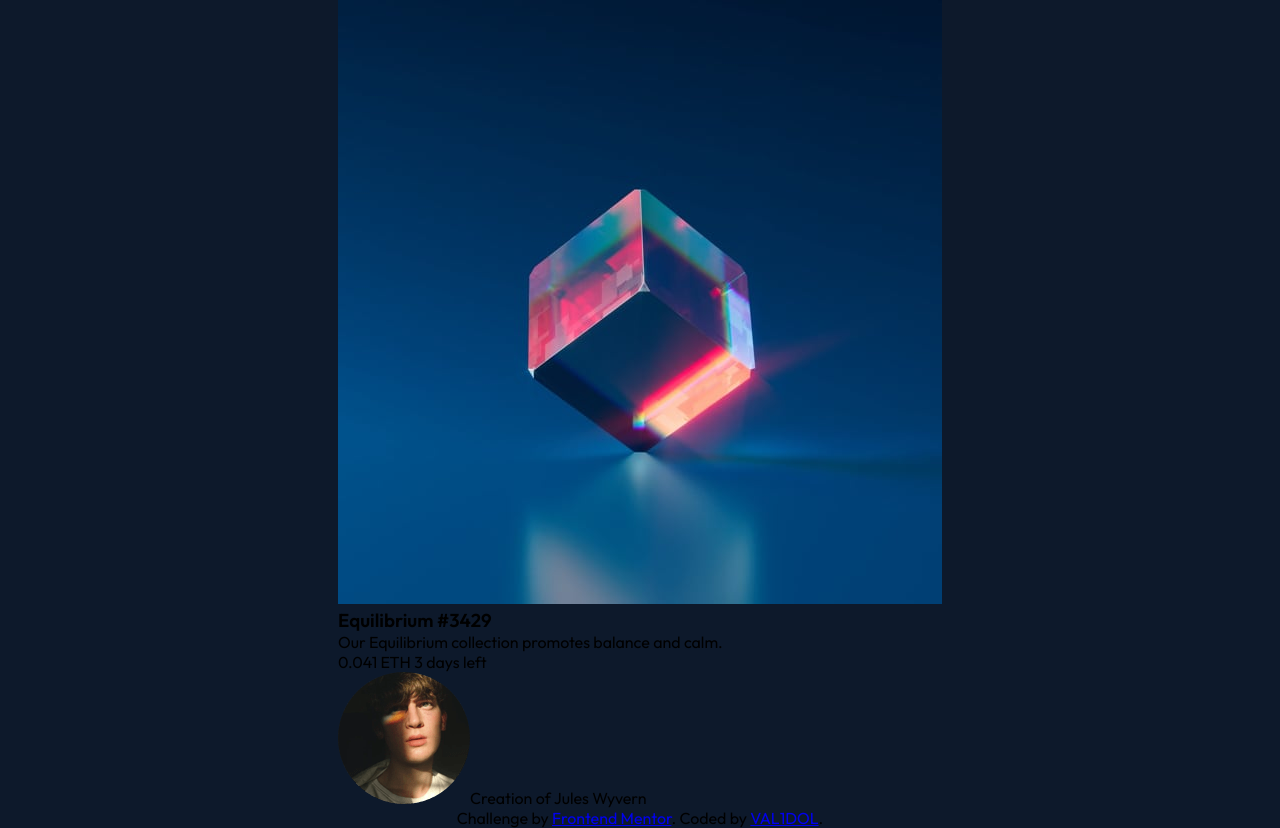
Repository: VAL1DOL-web/fm-NFT-preview-card-component
Page: index.html
These files come from the project's save history. The page is drawn as it stood at one moment and after the next save; the edit follows.
The browser window is 1280 px wide. The pictures show the whole page.

Above is the page before, as saved 2024-01-07 15:19:41.

After the next save:
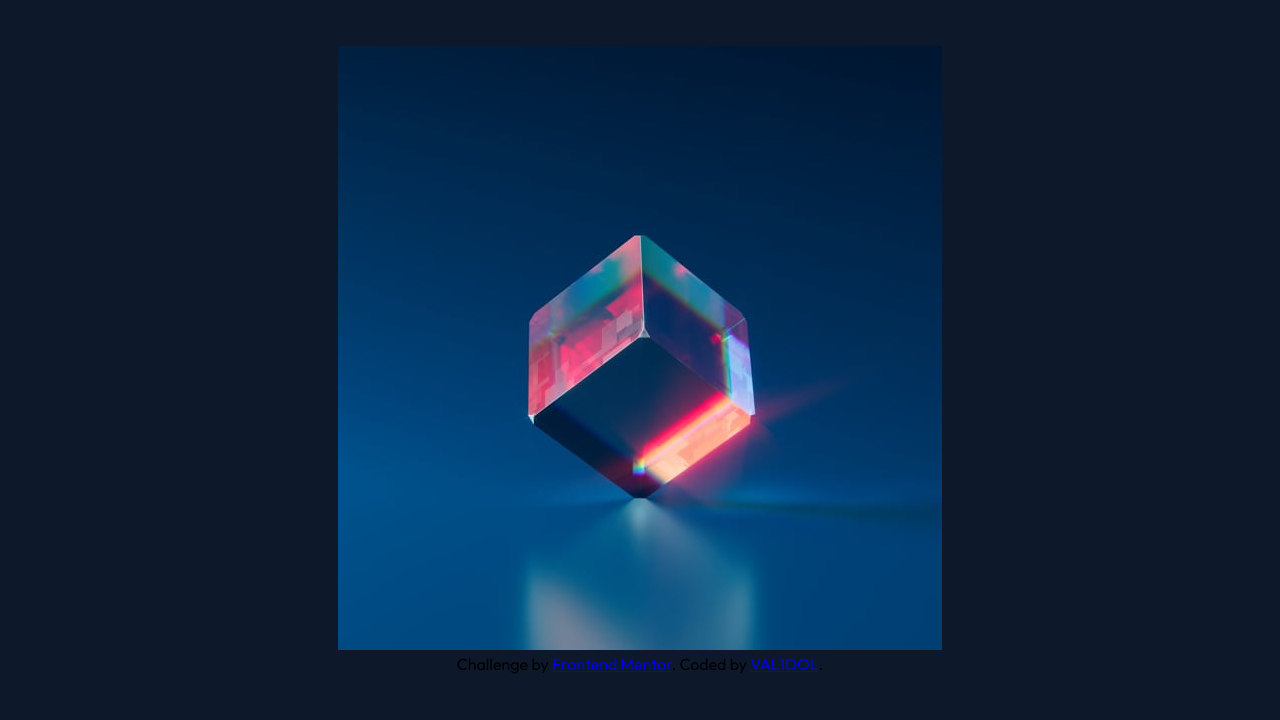
Saved 5 min 32 s later.
--- a/index.html
+++ b/index.html
@@ -11,19 +11,10 @@
 
 </head>
 <body>
-  <div class="container">
-    <div class="imgbox">
-      <img src="images/image-equilibrium.jpg" alt="">
+  <div class="card">
+    <div class="image">
+      <img src="images/image-equilibrium.jpg" alt="ETH">
     </div>
-    <div class="textbox">
-      <h3>Equilibrium #3429</h3>
-      <p>Our Equilibrium collection promotes balance and calm.</p>
-    0.041 ETH
-    3 days left
-    </div>
-    <p class="avatar">
-      <img src="/images/image-avatar.png" alt="" />Creation of Jules Wyvern
-    </p>
   </div>
   <div class="attribution">
     Challenge by <a href="https://www.frontendmentor.io?ref=challenge" target="_blank">Frontend Mentor</a>.
